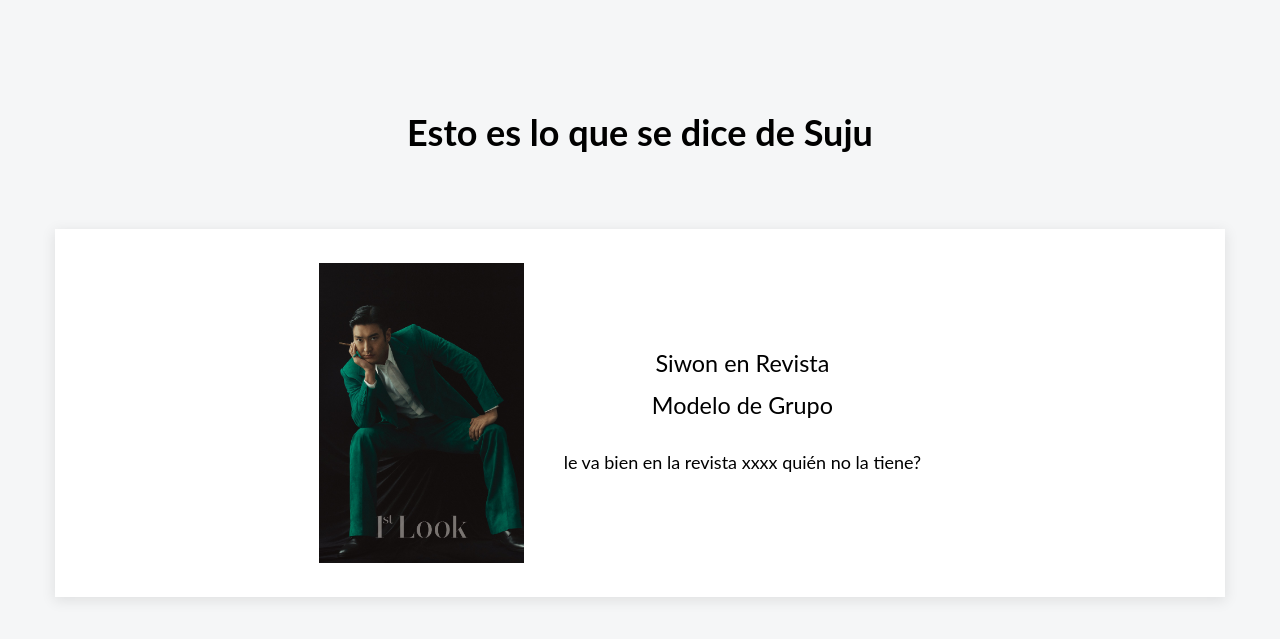
Repository: AleAedo/ReactProyectos1
Page: / (app in testimonios/)
These files come from the project's save history. The page is drawn as it stood at one moment and after the next save; the edit follows.
The browser window is 1280 px wide. The pictures show the whole page.
The project was rebuilt for these pictures with package versions that can differ from the ones it lists, and the page was loaded fresh each time.

Above is the page before, as saved 2022-08-10 11:38:08.

### testimonios/src/App.js
import logo from './logo.svg';
import './App.css';
import Testimonio from './componentes/Testimonio';

function App() {
  return (
    <div className="App">
      <div className='contenedor-principal'>
        <h1>Esto es lo que se dice de Suju</h1>
      <Testimonio/>
      </div>

    </div>
  );
}

export default App;

### testimonios/src/App.css
* {
   margin: 0;
   padding: 0;
  }
  html,
  body {
    font-size: 18px;
    background-color: #f5f6f7;
  }
  h1 {
    max-width: 940px;
    font-size: 2,5 em;
    font-family: Lato, sans-serif;
    font-weight: 700;
    line-height: 1.1;
    margin: 40PX 0;
  }
  .App {
    min-height: 100vh;
    display: flex;
    flex-wrap: wrap;
    align-items: center;
    justify-content: center;
    text-align: center;
  }
  .contenedor-principal {
    min-height: 600px;
    display: flex;
    flex-wrap: wrap;
    align-items: center;
    justify-content: center;
  }

### testimonios/src/componentes/Testimonio.js
import React from "react";
import '../hojas-de-estilo/Testimonio.css';

function Testimonio() {
    return  (
      <div className='contenedor-testimonio'>
      <img
      className='imagen-testimonio'
      src={require('../imagenes/testimonio-siwon.jpg') }
      alt='Foto de siwon'/>
      <div className='contenedor-texto-testimonio'>
        <p className='nombre-testimonio'> Siwon en Revista</p>
        <p className='cargo-testimonio'> Modelo de Grupo</p>
        <p className='texto-testimonio'> le va bien en la revista xxxx quién no la tiene?   </p>
      </div>
      </div>
    );
}
export default Testimonio;

### testimonios/src/hojas-de-estilo/Testimonio.css
.contenedor-testimonio {
  width: 1170px;
  height: 368px;
  margin: 10px 10px 50px;
  display: flex;
  align-items: center;
  justify-content: center;
  background-color: #fff;
  box-shadow: 0 3px 13px 1px rgb(0 0 0 / 9%);
}
.imagen-testimonio {
  width: auto;
  height: 300px;
}
.contenedor-texto-testimonio {
  text-align: center;
  padding: 40px;
  font-family: Lato, sans-serif;
  font-weight: 400;
  line-height: 1.5rem;
}
.nombre-testimonio {
  font-size: 1.3rem;
}
.cargo-testimonio {
  font-size: 1.3rem;
  margin-top: 15px;
  padding-bottom: 30px;
}
.texto-testimonio {
  text-align: justify ;
}

Loaded but not shown: testimonios/public/index.html (common file); testimonios/src/index.js (common file); testimonios/src/index.css (common file)

After the next save:
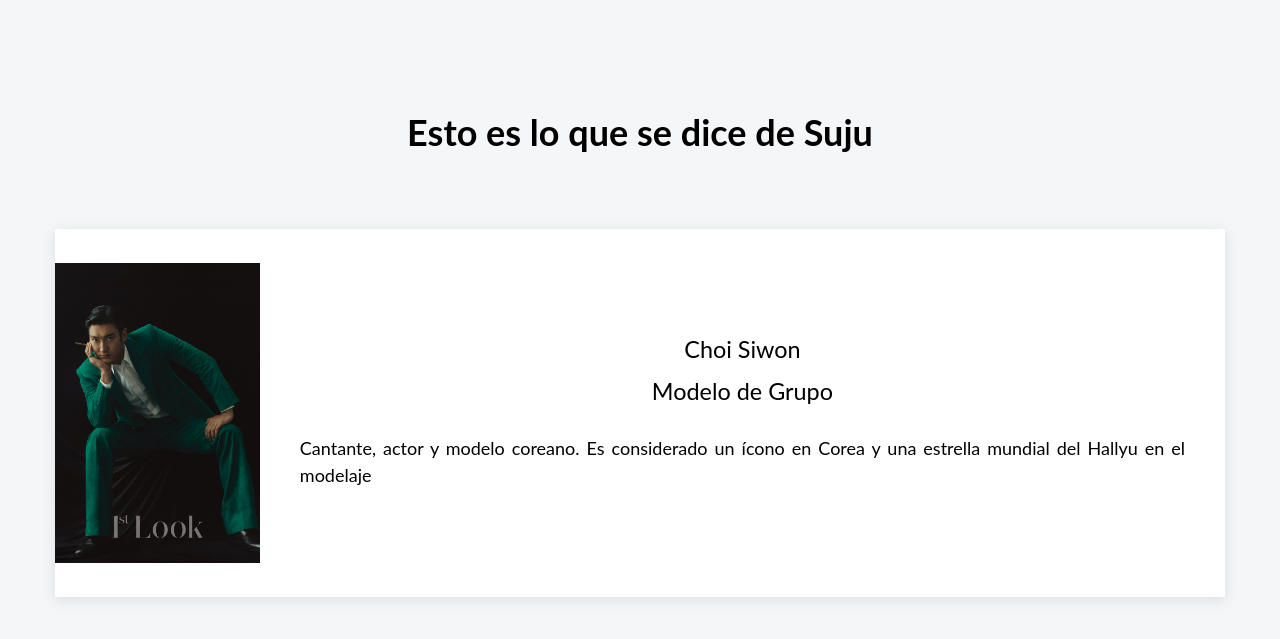
Saved 2 min 22 s later.
--- a/testimonios/src/componentes/Testimonio.js
+++ b/testimonios/src/componentes/Testimonio.js
@@ -9,9 +9,9 @@
       src={require('../imagenes/testimonio-siwon.jpg') }
       alt='Foto de siwon'/>
       <div className='contenedor-texto-testimonio'>
-        <p className='nombre-testimonio'> Siwon en Revista</p>
+        <p className='nombre-testimonio'> Choi Siwon</p>
         <p className='cargo-testimonio'> Modelo de Grupo</p>
-        <p className='texto-testimonio'> le va bien en la revista xxxx quién no la tiene?   </p>
+        <p className='texto-testimonio'> Cantante, actor y modelo coreano. Es considerado un ícono en Corea y una estrella mundial del Hallyu en el modelaje   </p>
       </div>
       </div>
     );
